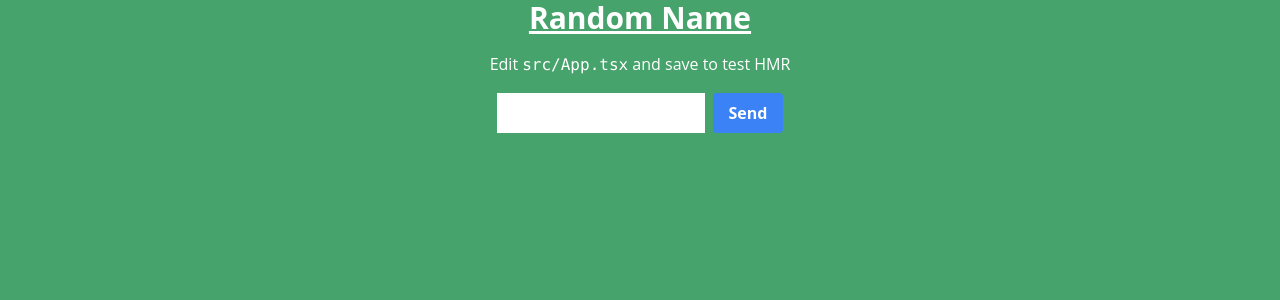
Repository: prodavetc/randomname
Page: /
These files come from the project's save history. The page is drawn as it stood at one moment and after the next save; the edit follows.
The browser window is 1280 px wide. The pictures show the whole page.
The project was rebuilt for these pictures with package versions that can differ from the ones it lists, and the page was loaded fresh each time. Also part of the build but not shown: vite.config.ts.

Above is the page before, as saved 2024-03-26 10:28:04.

### src/main.tsx
import React from 'react'
import ReactDOM from 'react-dom/client'
import App from './App.tsx'
import RandomName from './components/RandomName.tsx' // Import the 'RandomName' component
import './index.css'

ReactDOM.createRoot(document.getElementById('root')!).render(
  <React.StrictMode>
    <RandomName /> {/* Add the 'RandomName' component */}
    {/* <App /> */}
  </React.StrictMode>,
)

### src/components/RandomName.tsx
import { useState } from 'react';


const RandomName = () => {
  const [list, setList] = useState('')


  const onPressHandler = (event: React.FormEvent<HTMLFormElement>) => {
    event.preventDefault();
    const value = (event.target as HTMLFormElement).list.value;
    console.log('value: ', value);

    setList(value);
    console.log('lists: ', list);

    if(list){


      let myArray = list.split(", ");
      const randomIndex = myArray[Math.floor(Math.random() * myArray.length)];

      console.log('randomIndex', randomIndex);

    }
  }
  return (
    <>

      <h1 className="text-3xl font-bold underline text-center fade-in">Random Name</h1>
      <div className="card text-center">
       {list}
        <p>
          Edit <code>src/App.tsx</code> and save to test HMR
        </p>
      </div>
      <div className="text-center">
        <form onSubmit={onPressHandler}>
          <input name='list' className="mr-2 h-10 text-gray-80" />
          <button className="bg-blue-500 hover:bg-blue-700 text-white font-bold py-2 px-4 rounded"
          >Send</button>
        </form>
      </div>
    </>
  )
}
export default RandomName

### src/index.css
@tailwind base;
@tailwind components;
@tailwind utilities;

html, body {
  background-color: #46a36b;
  color: white;
  font-family: 'Open Sans', sans-serif;

}


h1 {
  @apply text-3xl font-bold mb-4;
}

p {
  @apply mb-4;
}

ul {
  @apply list-disc list-inside;
}

strong {
  @apply font-bold text-indigo-400;
}

em {
  @apply italic text-pink-500;
}


.btn-primary {
  @apply bg-indigo-500 text-white font-bold py-2 px-4 rounded-xl hover:bg-indigo-700 transition-all duration-200 ease-in-out;
}

.btn-primary:disabled {
  @apply bg-indigo-500 text-white font-bold py-2 px-4 rounded-xl opacity-50 cursor-not-allowed;
}

.chat-container {
  @apply flex flex-col flex-auto flex-shrink-0 rounded-2xl bg-white bg-opacity-5 h-full p-4;
}

.chat-messages {
  @apply flex flex-col h-full overflow-x-auto mb-4 overflow-scroll;
}


/* Animations */

.fade-in { animation: fadeIn .3s; }

@keyframes fadeIn {
  0% { opacity: 0; }
  100% { opacity: 1; }
}

Loaded but not shown: index.html (common file); tailwind.config.js (common file)

After the next save:
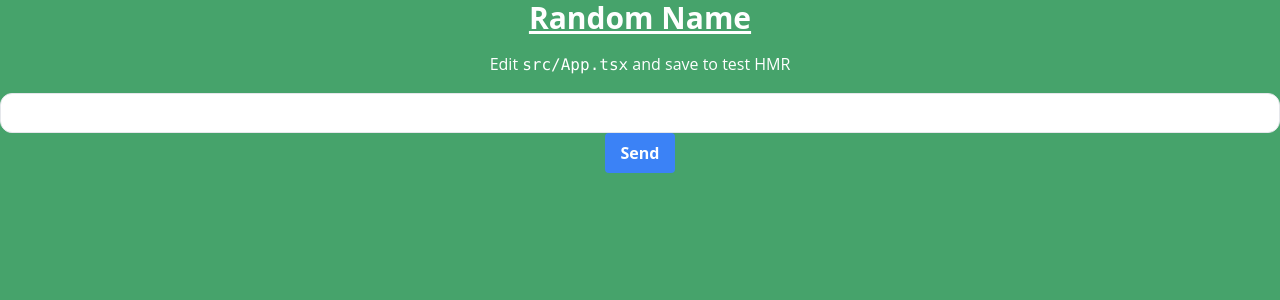
Saved 31 s later.
--- a/src/components/RandomName.tsx
+++ b/src/components/RandomName.tsx
@@ -35,7 +35,7 @@ const RandomName = () => {
       </div>
       <div className="text-center">
         <form onSubmit={onPressHandler}>
-          <input name='list' className="mr-2 h-10 text-gray-80" />
+          <input name='list' className="w-full border rounded-xl text-gray-800 focus:outline-none focus:border-indigo-300 pl-4 h-10" />
           <button className="bg-blue-500 hover:bg-blue-700 text-white font-bold py-2 px-4 rounded"
           >Send</button>
         </form>
